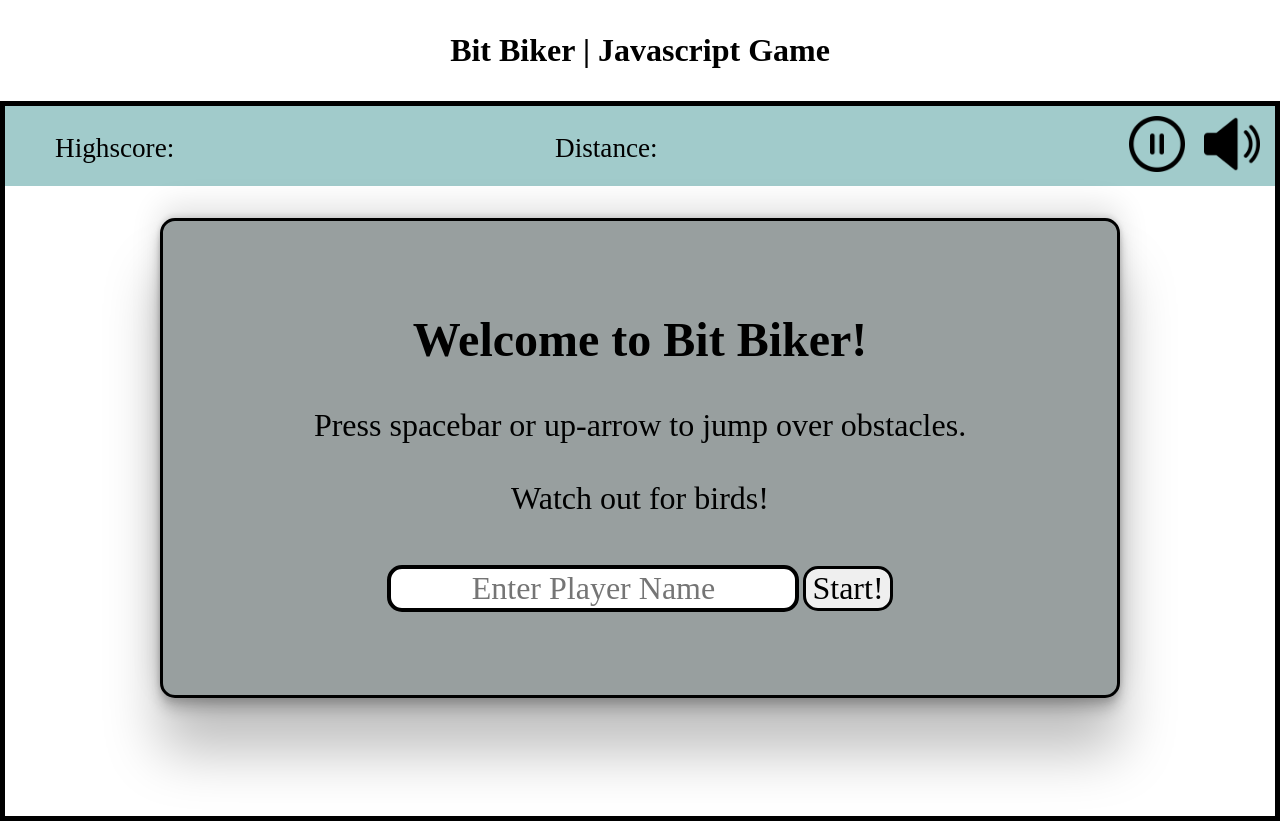
Repository: jellymel0n/bit-biker
Page: index.html
An editor plug-in stored every save of this project. The page is shown before and after the next save, followed by the edit.
The browser window is 1280 px wide. The pictures show the whole page.

Above is the page before, as saved 2021-07-05 15:07:12.

After the next save:
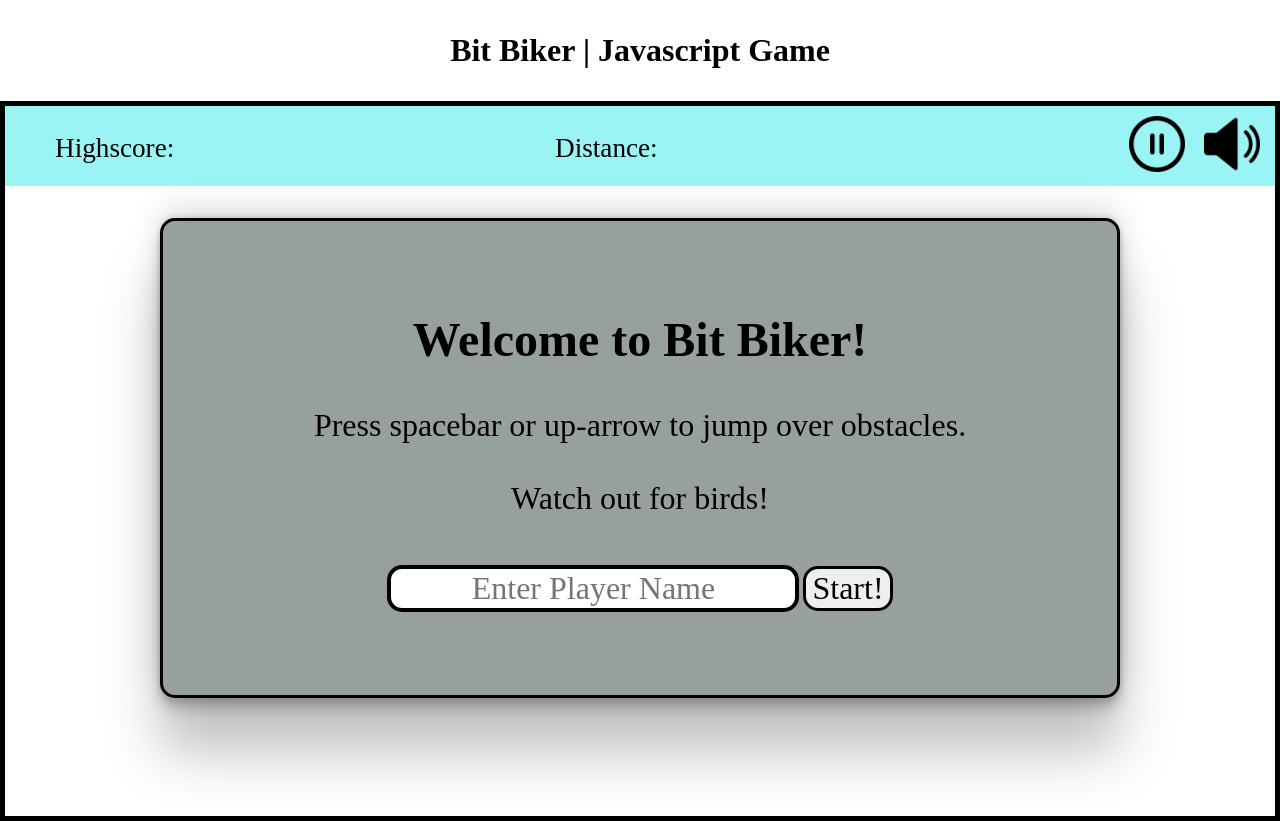
Saved 7 s later.
--- a/styles/styles.css
+++ b/styles/styles.css
@@ -18,7 +18,7 @@ div#game-header {
     justify-content: space-around;
     width: 100%;
     height: 5rem;
-    background-color: rgba(26, 128, 128, 0.407);
+    background-color: rgba(8, 227, 227, 0.407);
 
 }
 
